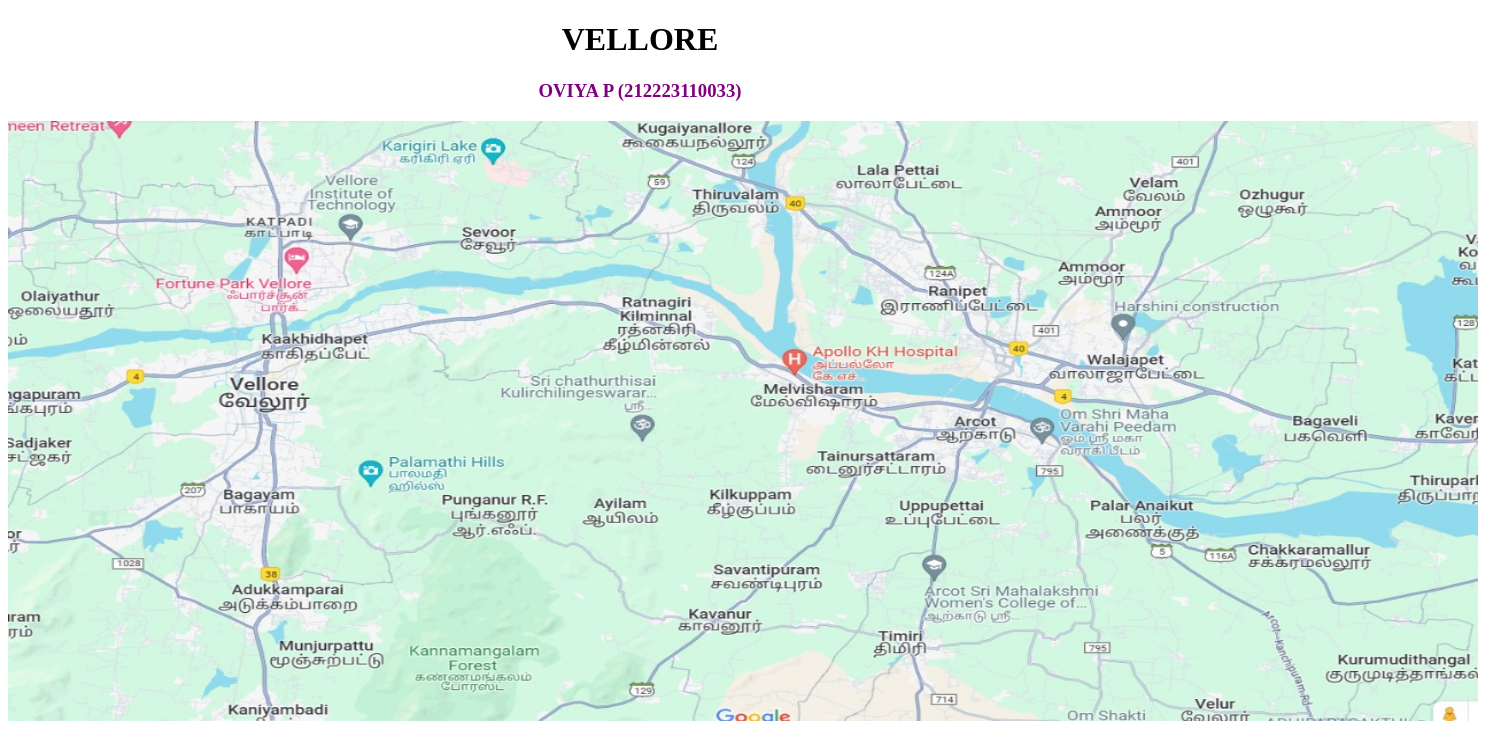
Repository: Oviya24032K6/NearMe
Page: ovi/surveyapp/static/map.html
These files come from the project's save history. The page is drawn as it stood at one moment and after the next save; the edit follows.
The browser window is 1280 px wide. The page is 1478 px wide, then 1508 px, so the pictures cover 1508 px, including what lies to the right of the window. The pictures show the whole page.

Above is the page before, as saved 2024-03-25 22:19:33.

### ovi/surveyapp/static/map.html
<!DOCTYPE html>
<html lang="en">
    <head>
        <title> NATIVE PLACE</title>
    </head>
</html>
<body>
    <h1 align="center">
        <font color="black"><b>VELLORE</b></font>
    </h1>
    <h3 align="center">
        <font color="purple"><b> OVIYA P (212223110033)</b></font>
    </h3>
    <!-- Image Map Generated by c:\Users\poviy\Music\map1.jpg-->
    <img src="destination.jpg"  height="600" width="1470" usemap="#image-map">
    <map name="image-map">
        <area target="_blank" alt="VIT UNIVERSITY" title="VIT UNIVERSITY" href="VIT UNIVERSITY.html" coords="1204,937,950,805" shape="rect">
        <area target="_blank" alt="VELLORE FORT" title="VELLORE FORT" href="VELLORE FORT.html" coords="1637,383,1364,255" shape="rect">
        <area target="_blank" alt="GOLDEN TEMPLE" title="GOLDEN TEMPLE" href="GOLDEEN TEMP.html" coords="938,683,111" shape="circle">
        <area target="_blank" alt="NTTF VELLORE" title="NTTF VELLORE" href="NTTF VELLORE.html" coords="141,839,289,833,291,931,149,921" shape="poly">
        <area target="_blank" alt="PALAMATHI HILLS" title="PALAMATHI HILLS" href="PALAMATHI HILLS.html" coords="1024,92,128" shape="circle">
    </map>
    <html>

After the next save:
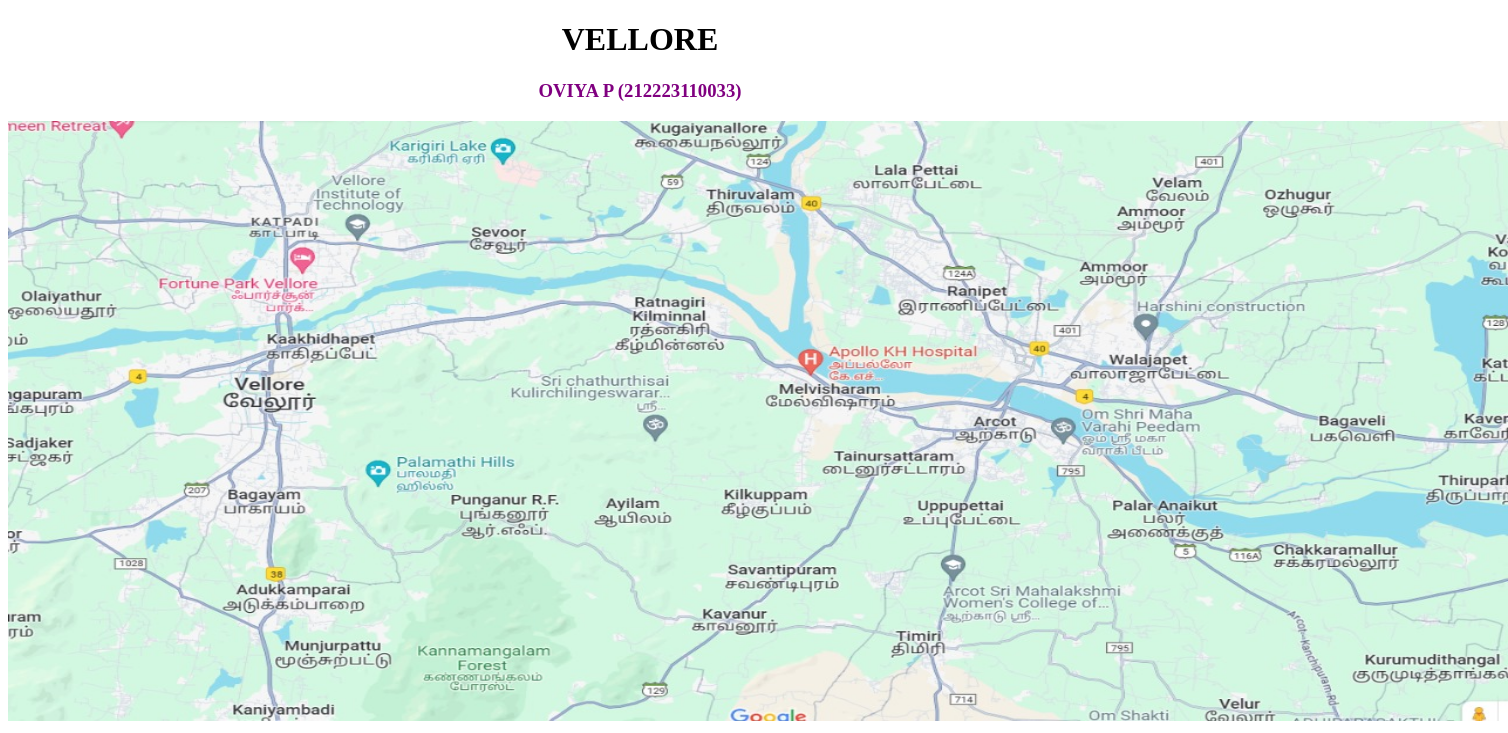
Saved 7 s later.
--- a/ovi/surveyapp/static/map.html
+++ b/ovi/surveyapp/static/map.html
@@ -12,7 +12,7 @@
         <font color="purple"><b> OVIYA P (212223110033)</b></font>
     </h3>
     <!-- Image Map Generated by c:\Users\poviy\Music\map1.jpg-->
-    <img src="destination.jpg"  height="600" width="1470" usemap="#image-map">
+    <img src="destination.jpg"  height="600" width="1500" usemap="#image-map">
     <map name="image-map">
         <area target="_blank" alt="VIT UNIVERSITY" title="VIT UNIVERSITY" href="VIT UNIVERSITY.html" coords="1204,937,950,805" shape="rect">
         <area target="_blank" alt="VELLORE FORT" title="VELLORE FORT" href="VELLORE FORT.html" coords="1637,383,1364,255" shape="rect">
